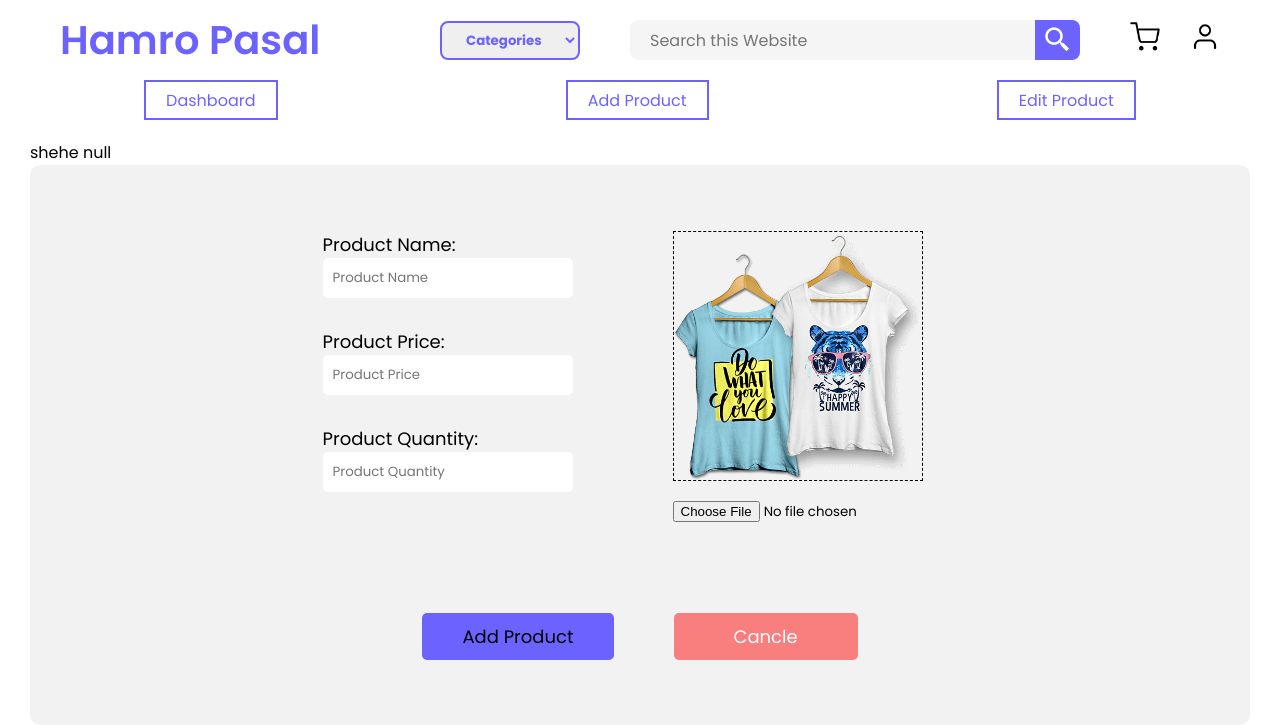
Repository: ScreamingSyntax/HamroPasal
Page: http://localhost/HamroPasal/View/AddProduct.jsp
The author's editor kept a copy of each file at every save. The page is drawn from the files as they stood at one save, then again after the next save.
The browser window is 1280 px wide. The pictures show the whole page.
Some web fonts or font styles are not loaded; a fallback is used. Some web libraries are served in a nearby version. The page is served by Tomcat 9. Nobody is signed in. The application's start-up code is not run.

Above is the page before, as saved 2023-05-06 10:37:58.

After the next save:
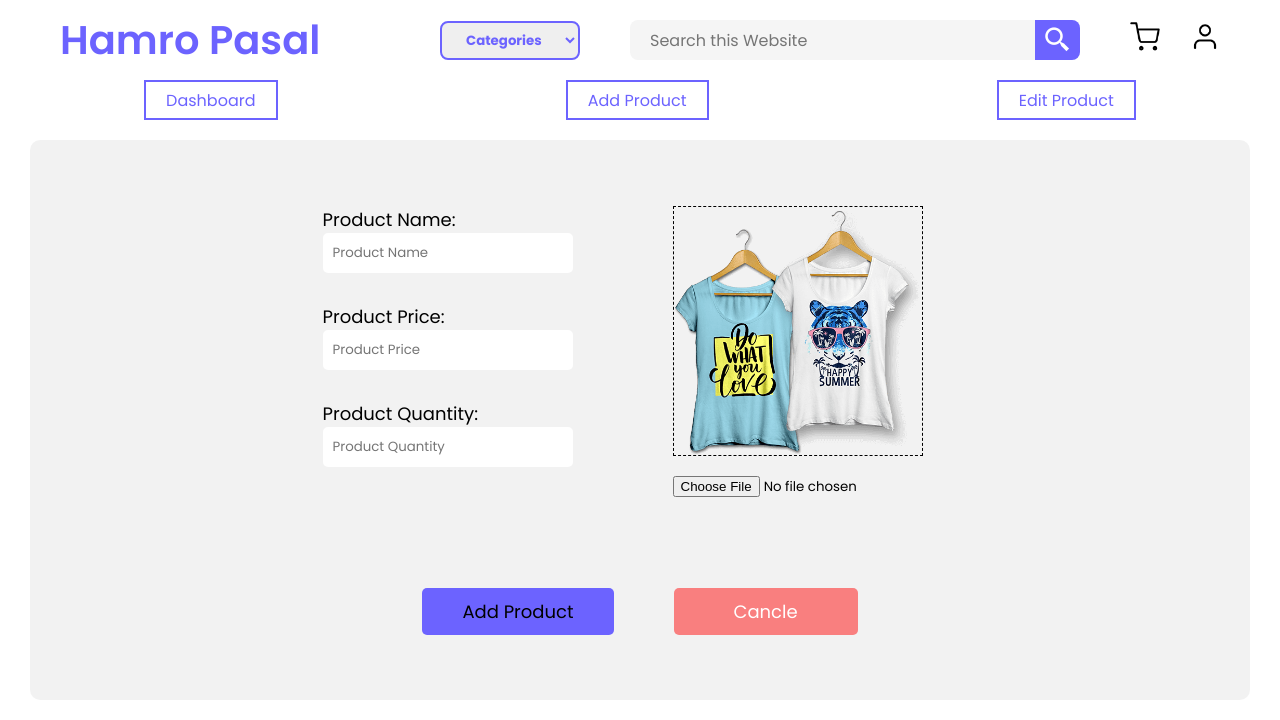
Saved 2 min 4 s later.
--- a/HamroPasal/src/main/webapp/View/AddProduct.jsp
+++ b/HamroPasal/src/main/webapp/View/AddProduct.jsp
@@ -92,8 +92,6 @@
     </section>
 
     <div class="add-product-form">
-    	shehe
-    <%=session.getAttribute("adminEmail") %>
         <form action="../addproduct" method="post" enctype="multipart/form-data">
             <div class="top">
                 <div class="left2">
